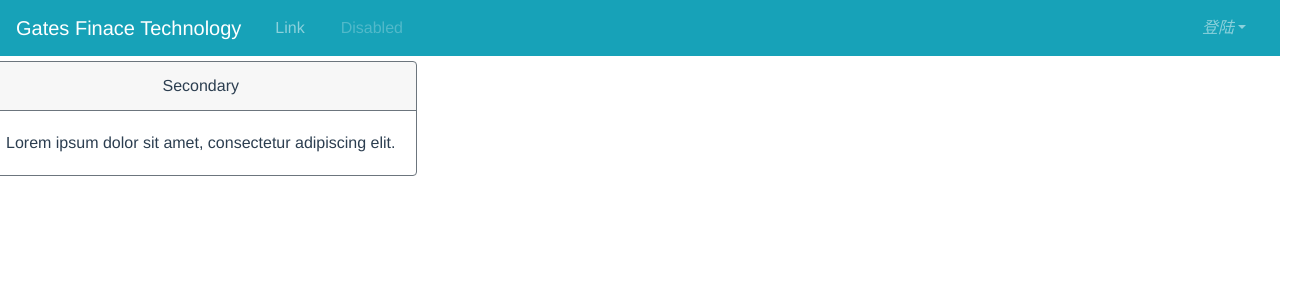
Repository: sqsssq/GatesFinace
Page: /login (app in webview/)
An editor plug-in stored every save of this project. The page is shown before and after the next save, followed by the edit.
The browser window is 1280 px wide. The page is 1295 px wide, so the pictures cover 1295 px, including what lies to the right of the window. The pictures show the whole page.
The project was rebuilt for these pictures with package versions that can differ from the ones it lists, and the page was loaded fresh each time. Also part of the build but not shown: webview/src/components/HelloWorld.vue, webview/src/views/Home.vue, webview/src/components/gatesCarousel.vue, webview/src/views/main.vue.

Above is the page before, as saved 2020-11-03 16:10:41.

After the next save:
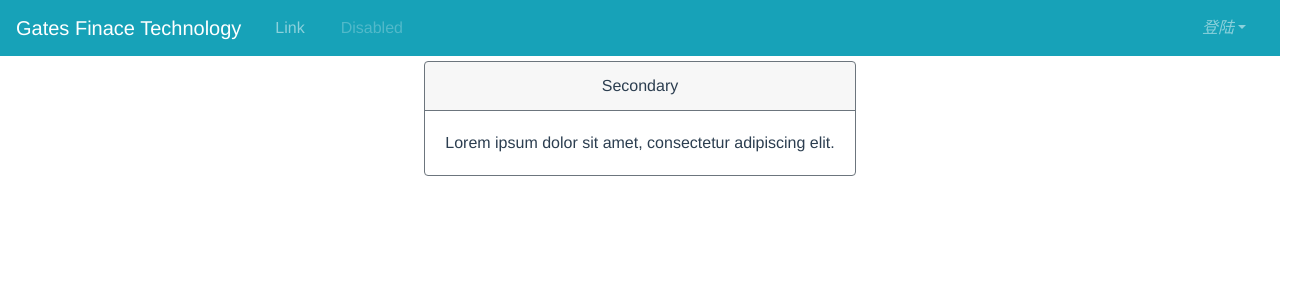
Saved 32 s later.
--- a/webview/src/views/login.vue
+++ b/webview/src/views/login.vue
@@ -12,7 +12,11 @@
     <!-- <HelloWorld msg="Welcome to Your Vue.js App" style="height:100%"/> -->
     <gatesNavbar />
     <div class="row" style="margin-top: 5px;">
+      <div class="col"  style="padding-left: 0px; padding-right: 0px;">
+      </div>
       <gatesLogin/>
+      <div class="col"  style="padding-left: 0px; padding-right: 0px;">
+      </div>
     </div>
   </div>
 </template>
